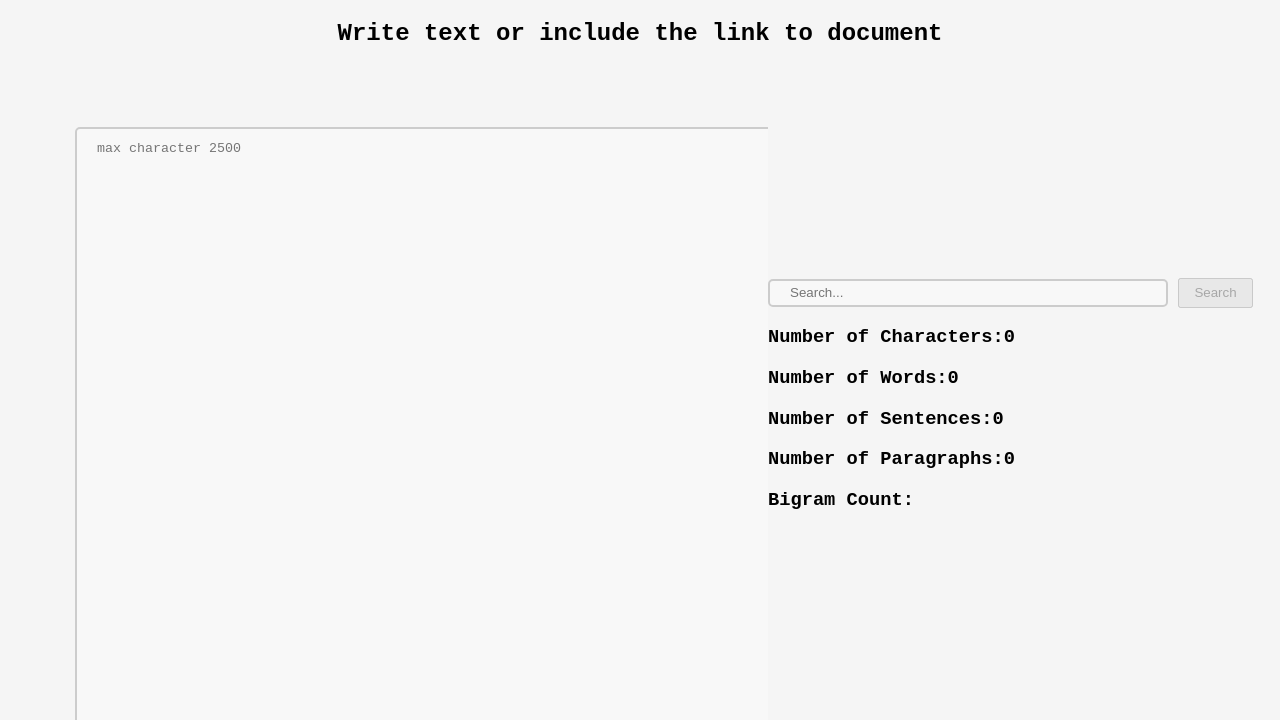
Repository: zitac234/TTPProject
Page: /
The author's editor kept a copy of each file at every save. The page is drawn from the files as they stood at one save, then again after the next save.
The browser window is 1280 px wide. The pictures show the whole page.
The project was rebuilt for these pictures with package versions that can differ from the ones it lists, and the page was loaded fresh each time. Also part of the build but not shown: webpack.config.js.

Above is the page before, as saved 2021-06-21 05:52:56.

### public/index.html
<!DOCTYPE html>
<html lang="en">
<head>
      <meta charset="UTF-8">
      <meta http-equiv="X-UA-Compatible" content="IE=edge">
      <meta name="viewport" content="width=device-width, initial-scale=1.0">
      <script src="/bundle.js" defer></script>
      <title>Google Word Count</title>
      <link rel="stylesheet" href="/style.css" />
</head>
<body>
      <div id="app"></div>
</body>
</html>

### client/index.js
import React from 'react';
// import Form from './Form'
import CreateForm from './CreateForm'
import ReactDOM from 'react-dom';

ReactDOM.render(
  // <Form/>,
  <CreateForm/>,
  document.getElementById('app')
)

### client/CreateForm.js
import React, { useEffect, useState } from 'react'
import Form  from './Form'

export default function CreateForm (props) {
      const [text, setText] = useState('')
      const [search, setSearch] = useState('')
      let [counted, numberOfCharacter] = [0,0]
      function handleChange(evt){
            if(evt.target.name === 'text') setText(evt.target.value)
            else setSearch(evt.target.value)
      }
      function handleSubmit(evt){
            evt.preventDefault()
      }
      useEffect(()=>{
            document.getElementById('btn').addEventListener('click', ()=>{
                  let SearchArray = counts(text, ' ')[1].filter(word => word === search)
                  let searchWord = (SearchArray)? `There are ${SearchArray.length} ${search}.`:`There is no ${search}.`
                  document.getElementById('result').innerHTML = searchWord
            })
      })
      return(
            <Form
                  text={text}
                  search={search}
                  handleChange={handleChange}
                  handleSubmit={handleSubmit}
                  numberOfCharacter = {countCharacters}
                  counted = {counts}
            />
      )
}
const counts = (str,demilter)=>{
      let textSplit = str.split(demilter)
      let strArray = textSplit.filter(s => s && s.trim())
      return [strArray.length, strArray]
}
const countCharacters = (str)=>{
      let textSplit = str.split('')
      let characterArray = textSplit.filter(character => character)
      return characterArray.length
}

### client/Form.js
import React from 'react'

export default function Form(props){
      let numberOfSentence =( props.counted(props.text,   /[!\.\?]/) || 0)
      let numberOfWord = (props.counted(props.text,   ' ') || 0)
      let  numberOfParagraph= (props.counted(props.text,  /\r?\n/) || 0)
      return (
            <div>
                  <h2 id = 'paragraph'>Write text or include the link to document</h2>
                  <div className = 'split left'>
                        <div  className = 'centered'>
                              <p  id = 'line'><textarea  name= 'text'   onChange={props.handleChange} id = 'textarea'  placeholder = 'max character 2500' maxLength='2500'></textarea></p>
                        </div>
                  </div>
                  <div className = 'split right'>
                        <div className = 'centered'>
                              <form  onSubmit={props.handleSubmit} >
                                    <input  name="search"  onChange={props.handleChange} type="text" placeholder = 'Search...'/>
                                    <button  id =  'btn'  type='submit' disabled={!props.search} >Search</button>
                              </form>
                              <h3 id = 'result'></h3>
                              <h3>Number of Characters:{props.numberOfCharacter(props.text)}</h3>
                              <h3>Number of Words:{numberOfWord[0]}</h3>
                              <h3>Number of Sentences:{numberOfSentence[0]}</h3>
                               <h3>Number of Paragraphs:{numberOfParagraph[0]}</h3>
                              <h3>Bigram  Count:</h3>
                        </div>
                  </div>
            </div>
      )
}

### public/style.css
body{
      font-family: 'Courier New', Courier, monospace;
      background-color: whitesmoke;
}
.split{
      height: 100%;
      position: fixed;
      z-index: 1;
      top: 0;
      overflow-x: hidden;
      overflow-y: hidden
}
#line{
      border-right: 2px solid pink;
      padding: 75px;
}
.left{
      left:0;
      width: 60%;
}
.right{
      right:0%;
      width: 40%;
}
.centered {
      position: absolute;
      top: 5%;
}
textarea {
      width: 700px;
      height: 650px;
      left: 5%;
}
input{
      margin-top: 50%;
      width: 400px;
      height:25px;
}
input, textarea{
      padding: 12px 20px;
      box-sizing: border-box;
      border: 2px solid #ccc;
      border-radius: 5px;
      background-color: #f8f8f8;
      resize: none;
}
button{
      width:75px;
      height: 30px;
      margin-left: 10px;
}
#paragraph{
      text-align: center;
}

After the next save:
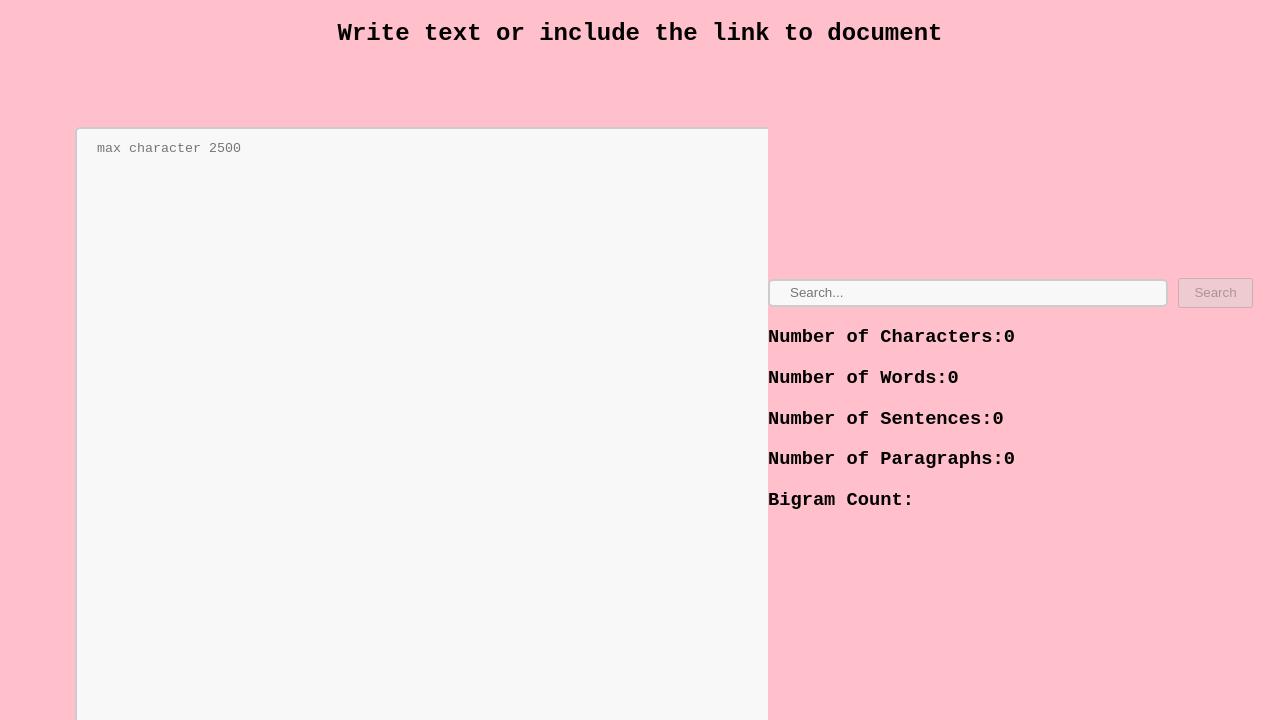
Saved 23 s later.
--- a/public/style.css
+++ b/public/style.css
@@ -1,6 +1,6 @@
 body{
       font-family: 'Courier New', Courier, monospace;
-      background-color: whitesmoke;
+      background-color: pink;
 }
 .split{
       height: 100%;

After the 3 saves that followed:
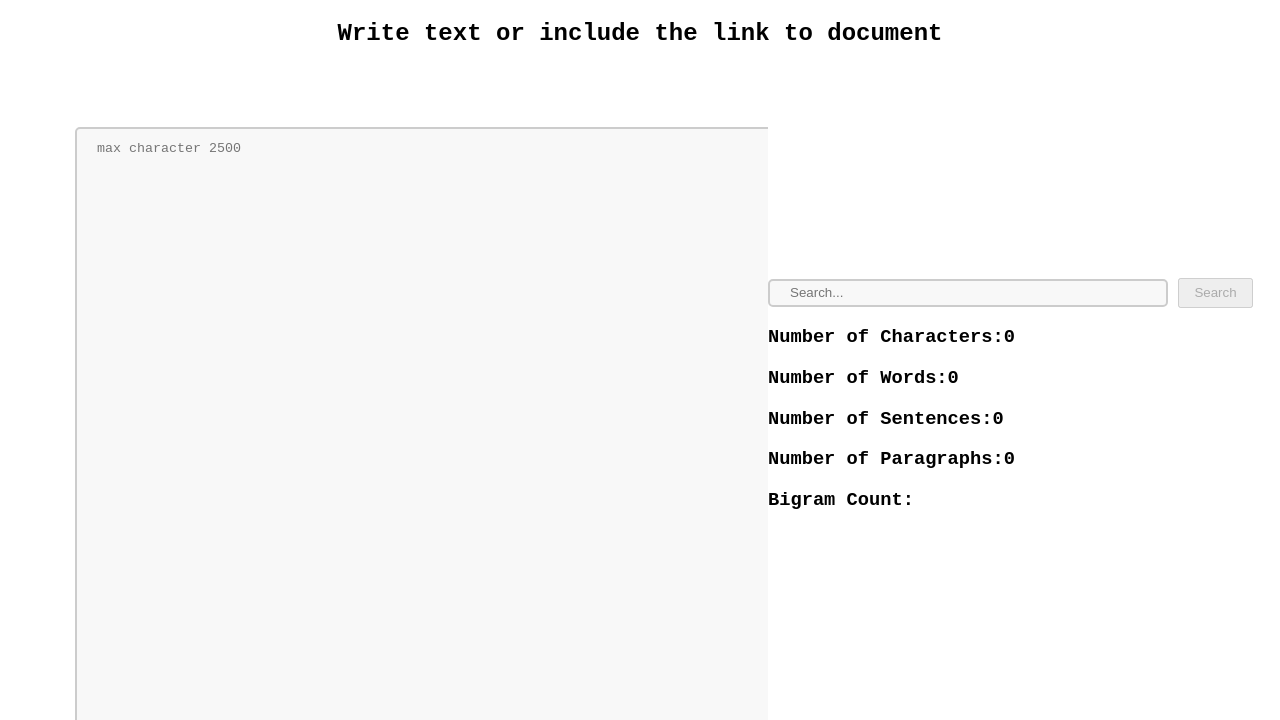
The 3 saves are shown as one change because 1 left the picture as it was and some came seconds apart.
The last was saved 17 s later.
--- a/public/style.css
+++ b/public/style.css
@@ -1,6 +1,6 @@
 body{
       font-family: 'Courier New', Courier, monospace;
-      background-color: pink;
+      background-color: lig;
 }
 .split{
       height: 100%;
@@ -11,7 +11,7 @@
       overflow-y: hidden
 }
 #line{
-      border-right: 2px solid pink;
+      border-right: 2px solid black;
       padding: 75px;
 }
 .left{
